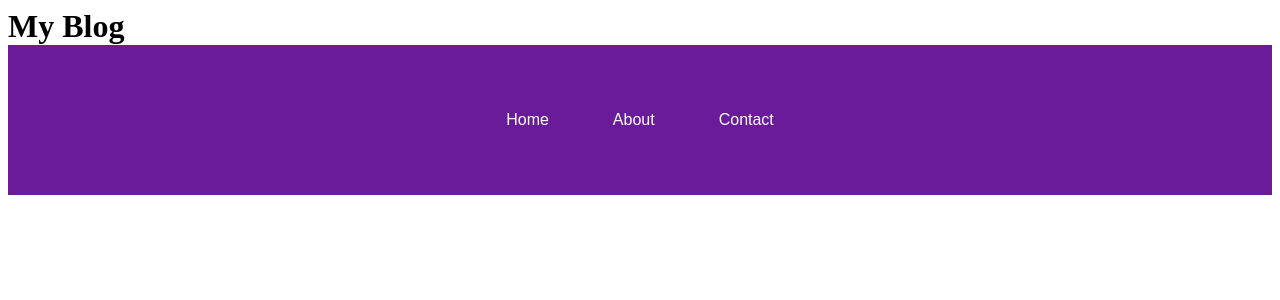
Repository: Femi007-gh/BLOG
Page: index.html
The author's editor kept a copy of each file at every save. The page is drawn from the files as they stood at one save, then again after the next save.
The browser window is 1280 px wide. The pictures show the whole page.

Above is the page before, as saved 2025-01-08 07:29:42.

### index.html
<html>
  <head>
    <title>BLOG</title>
    <link rel="stylesheet" href="style.css">
  </head>
  <body>
    <header>
      <h1>My Blog</h1>
      <nav>
        <ul>
          <li><a href="#">Home</a></li>
          <li><a href="#">About</a></li>
          <li><a href="#">Contact</a></li>
        </ul>
      </nav>
    </header>
  </body>
</html>

### style.css
nav {
      background-color: #6a1b9a;
      height: 150px;
      flex-direction: column;
      display: flex;
      justify-content: center;
      align-items: center;
    }

    ul {
      list-style: none;
      margin-top: 1rem;
      padding: -0;
      display: flex;
      justify-content: center;
    }

    li {
      margin: 0 1rem;
    }

    a {
      color: white;
      text-decoration: none;
      font-family: Arial, sans-serif;
      padding: 1rem;
      display: block;
    }

    h1 {
      margin: 0;
      font-size: 1,8rem
    }

After the next save:
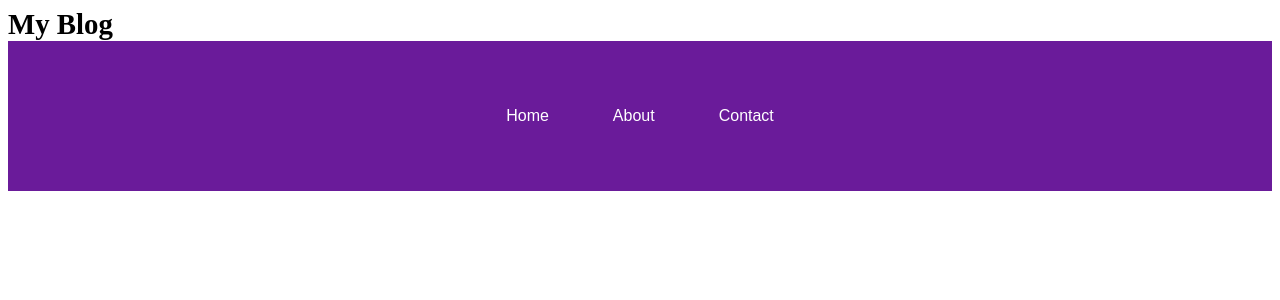
Saved 9 s later.
--- a/style.css
+++ b/style.css
@@ -29,5 +29,5 @@ nav {
 
     h1 {
       margin: 0;
-      font-size: 1,8rem
+      font-size: 1.8rem
     }
